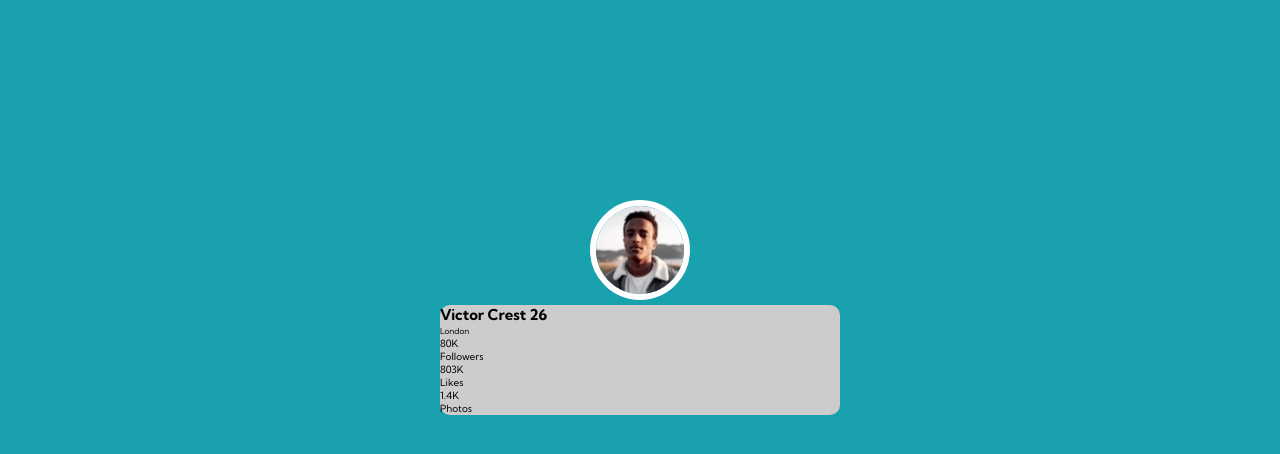
Repository: thaibaocoder1/profile-card-component-main
Page: index.html
These files come from the project's save history. The page is drawn as it stood at one moment and after the next save; the edit follows.
The browser window is 1280 px wide. The pictures show the whole page.

Above is the page before, as saved 2023-01-11 13:34:28.

### index.html
<!DOCTYPE html>
<html lang="en">
<head>
  <meta charset="UTF-8">
  <meta name="viewport" content="width=device-width, initial-scale=1.0">
  <link rel="icon" type="image/png" sizes="32x32" href="./images/favicon-32x32.png">
  <title>Frontend Mentor | Profile card component</title>
  <link rel="stylesheet" href="./style.css">
  <!-- Feel free to remove these styles or customise in your own stylesheet 👍 -->
  <style>
    .attribution { font-size: 11px; text-align: center; }
    .attribution a { color: hsl(228, 45%, 44%); }
  </style>
</head>
<body>
  <main class="card">
    <section class="card__top">
      <img src="./images/image-victor.jpg" alt="">
    </section>
    <section class="card__bottom">
      <h1 class="card__bottom--heading">Victor Crest <span>26</span></h1>
      <small class="card__bottom--address">London</small>
      <hr>
      <div class="card__bottom--socials">
        <div class="card__bottom--item">
          <p>80K</p>
          <span>Followers</span>
        </div>
        <div class="card__bottom--item">
          <p>803K</p>
          <span>Likes</span>
        </div>
        <div class="card__bottom--item">
          <p>1.4K</p>
          <span>Photos</span>
        </div>
      </div>
    </section>
  </main>
  <!-- <div class="attribution">
    Challenge by <a href="https://www.frontendmentor.io?ref=challenge" target="_blank">Frontend Mentor</a>.
    Coded by <a href="#">Your Name Here</a>.
  </div> -->
</body>
</html>

### style.css
@import url('https://fonts.googleapis.com/css2?family=Kumbh+Sans:wght@400;700&display=swap');
* {
    margin: 0;
    padding: 0;
    box-sizing: border-box;
    border: none;
    outline: none;
}
html {
    font-size: 62.5%;
}
body {
    text-rendering: optimizeLegibility;
    scroll-behavior: smooth;
    font-family: 'Kumbh Sans', sans-serif;
    display: flex;
    align-items: center;
    justify-content: center;
    background-color: var(--dark-cyan);
    height: calc(100vh - 1px)
}
:root {
    --dark-cyan: hsl(185, 75%, 39%);
    --very-dark-blue: hsl(229, 23%, 23%);
    --dark-blue: hsl(227, 10%, 46%);
    --dark-grey: hsl(0, 0%, 59%);
}
.card {
    width: 400px;
    background-color: #ccc;
    border-radius: 1rem;
    position: relative;
}
.card__top {
    width: 100%;
    height: 40%;
    /* background-color: cyan; */
}
.card__top img {
    width: 10rem;
    height: 10rem;
    border-radius: 50%;
    object-fit: cover;
    border: 6px solid #fff;
    position: absolute;
    top: -50%;
    left: 50%;
    transform: translate(-50%, -50%);
}

After the next save:
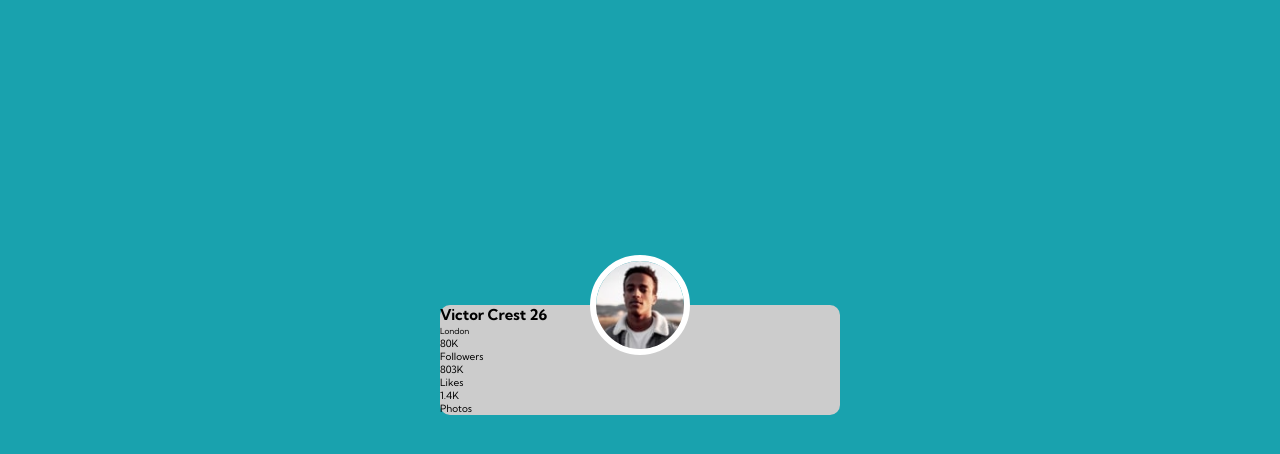
Saved 24 s later.
--- a/style.css
+++ b/style.css
@@ -43,7 +43,7 @@ body {
     object-fit: cover;
     border: 6px solid #fff;
     position: absolute;
-    top: -50%;
+    top: 0;
     left: 50%;
     transform: translate(-50%, -50%);
 }
